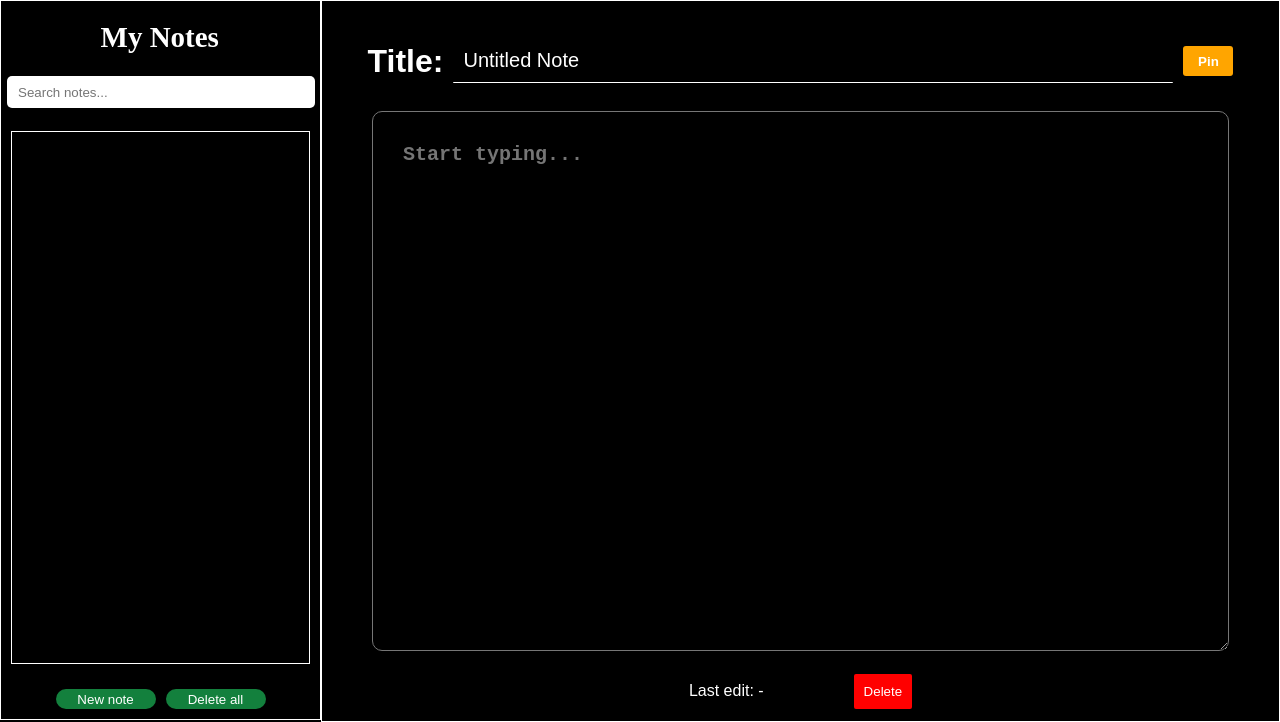
Repository: dmpelaez/myNotes
Page: QuickNotes.html
These files come from the project's save history. The page is drawn as it stood at one moment and after the next save; the edit follows.
The browser window is 1280 px wide. The pictures show the whole page.

Above is the page before, as saved 2025-12-19 13:15:43.

After the next save:
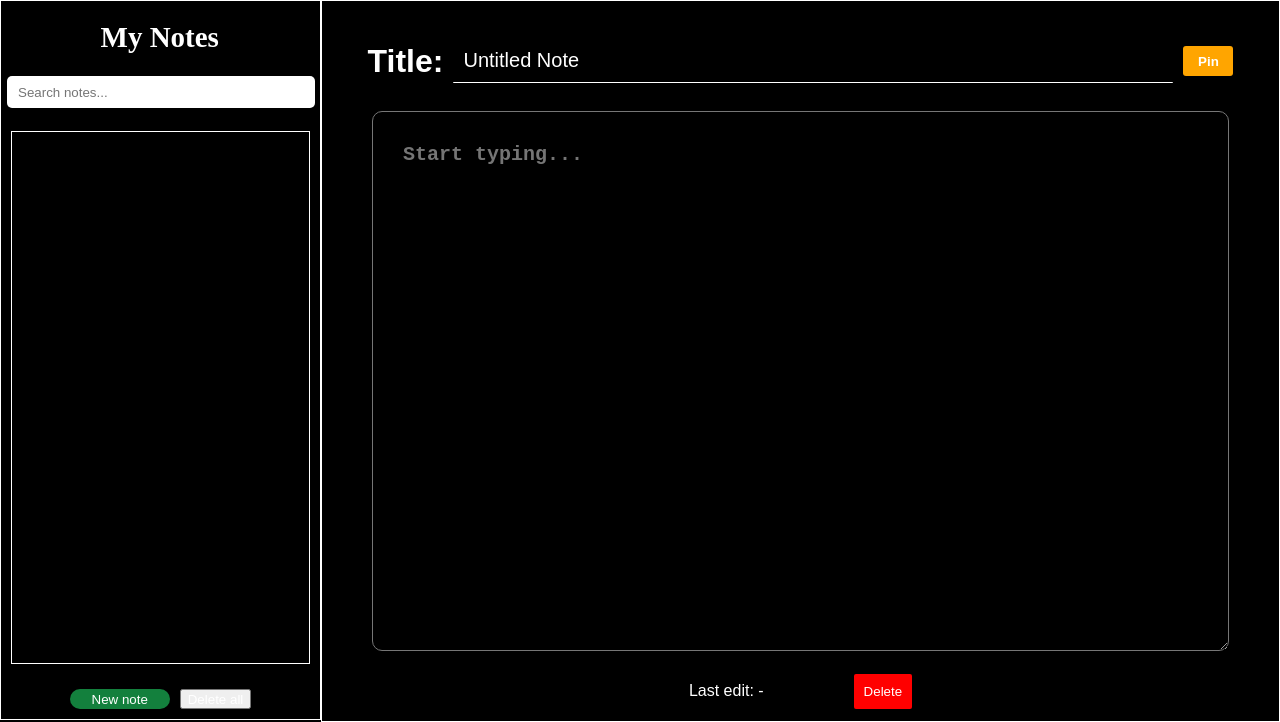
Saved 16 s later.
--- a/QuickNotes.html
+++ b/QuickNotes.html
@@ -27,7 +27,7 @@
         <!--add button-->
         <div class="btns">
           <button class="add-button" onclick="addNote()">New note</button>
-          <button class="add-button" onclick="deleteAll()">Delete all</button>
+          <button class="delete-button" onclick="deleteAll()">Delete all</button>
         </div>
 
       </aside>

After the save that followed:
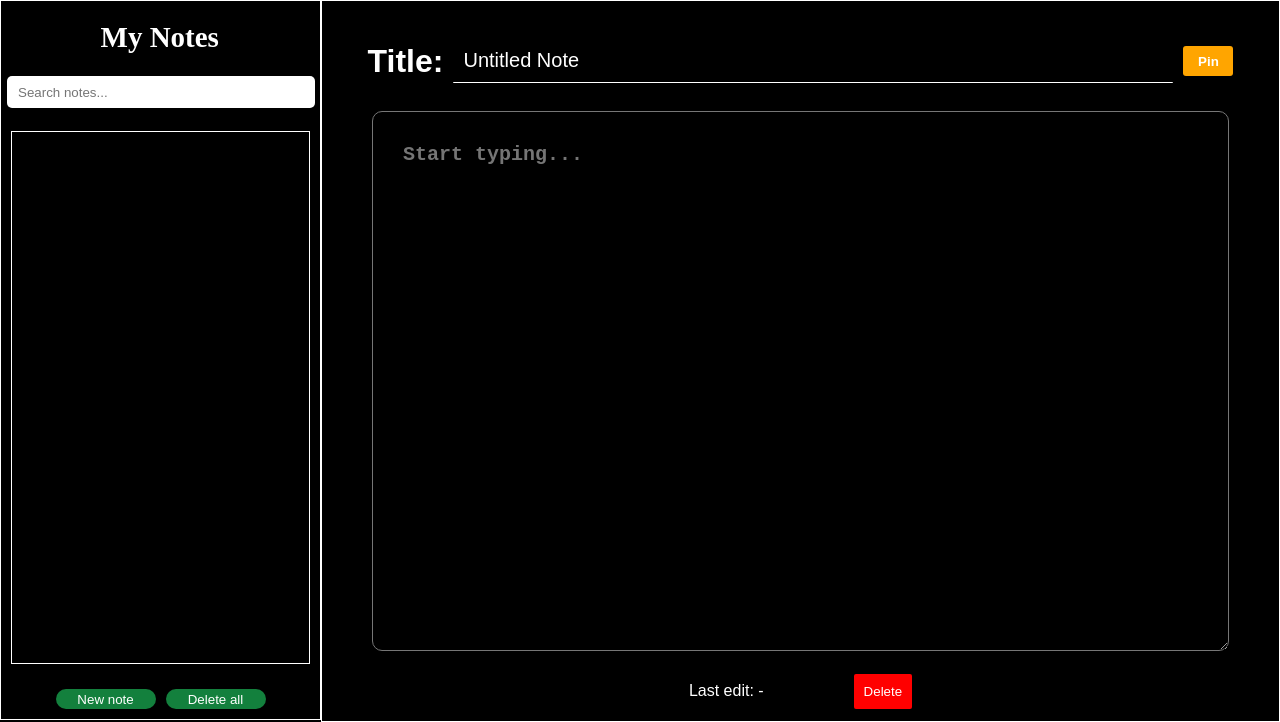
Saved 18 s later.
--- a/QuickNotes.css
+++ b/QuickNotes.css
@@ -106,6 +106,20 @@ body {
   justify-content: center;
   gap: 10px;
 }
+.delete-button {
+   width: 100px;
+  display: flex;
+  justify-self: center;
+  background: rgb(19, 128, 61);
+  border: none;
+  border-radius: 10px;
+  color: white;
+  font-family: arial;
+  align-items: center;
+  justify-content: center;
+  cursor: pointer;
+}
+
 
 .main-section {
 
